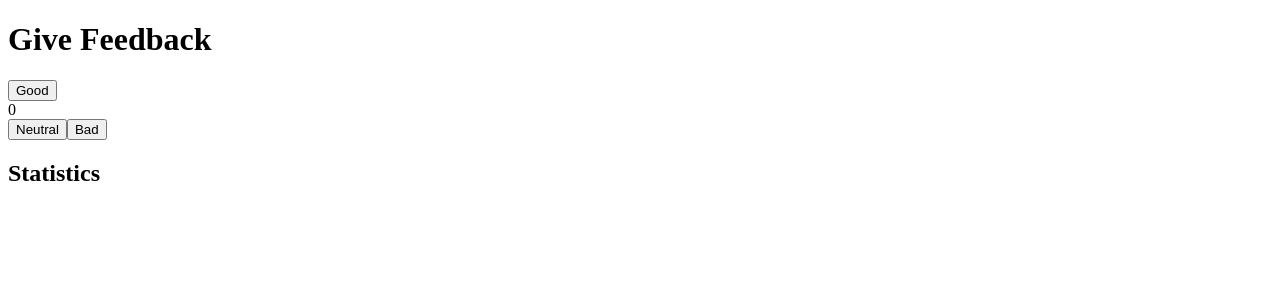
Repository: Wainhouse/Full_Stack_Open_2022
Page: / (app in part2/course_info/)
These files come from the project's save history. The page is drawn as it stood at one moment and after a run of saves; the edit follows.
The browser window is 1280 px wide. The pictures show the whole page.
The project was rebuilt for these pictures with package versions that can differ from the ones it lists, and the page was loaded fresh each time.

Above is the page before, as saved 2022-11-24 12:10:41.

### part2/course_info/src/App.js
import React from 'react'
import { useState } from 'react';

const Display = props => <div>{props.good}</div>

const Header = () => {
  return (
    <h1>Give Feedback</h1>
  );
};

const Button = (props) => (
  <button onClick={props.handleClick}>
    {props.text}
  </button>
)

const Statistics = ({ good, neutral, bad }) => {
  return (
    <table>
      <tbody>
        <StatisticText text="good" value={good} />
        <StatisticText text="neutral" value={neutral} />
        <StatisticText text="bad" value={bad} />
      </tbody>
    </table>
  )
}

const StatisticText = ({ text, number }) => {
  <tr>
    <td>{text}</td>
    <td>{number}</td>
  </tr>
}

export const App = () => {
  const [good, setGood] = useState(0)
  const [neutral, setNeutral] = useState(0)
  const [bad, setBad] = useState(0)


  const setToGood = newGood => {
    console.log('good now', newGood)
    setGood(newGood)
  }

  const setToNeutral = newNeutral => {
    console.log('Neutral now', newNeutral)
    setNeutral(newNeutral)
  }

  const setToBad = newBad => {
    console.log('Bad now', newBad)
    setBad(newBad)
  }
  return (
    <div>
      <div>
        <Header />
        <Button handleClick={() => setToGood(good + 1)} text="Good" /><Display good={good} />
        <Button handleClick={() => setToNeutral(neutral + 1)} text="Neutral" />
        <Button handleClick={() => setToBad(bad + 1)} text="Bad" />
        <h2>Statistics</h2>
        <Statistics good={good} neutral={neutral} bad={bad} />
      </div>
    </div>
  )

}


export default App

Loaded but not shown: part2/course_info/public/index.html (common file); part2/course_info/src/index.js (common file)

After the next 2 saves:
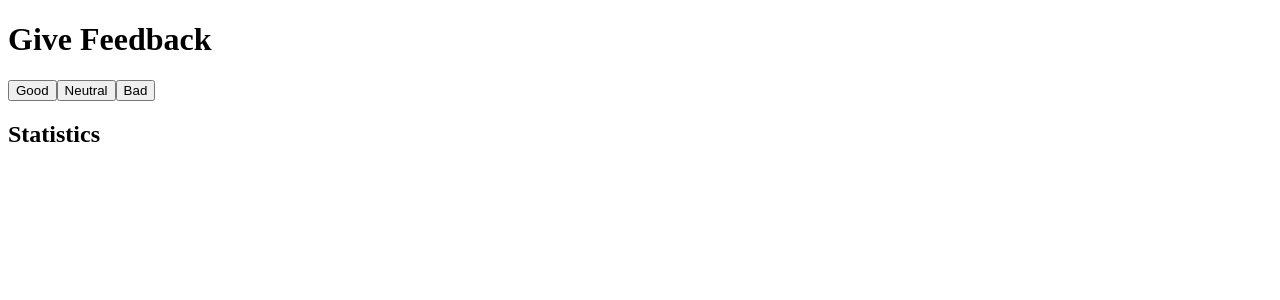
The 2 saves are shown as one change because 1 did not build or start.
The last was saved 64 s later.
--- a/part2/course_info/src/App.js
+++ b/part2/course_info/src/App.js
@@ -1,7 +1,5 @@
 import React from 'react'
 import { useState } from 'react';
-
-const Display = props => <div>{props.good}</div>
 
 const Header = () => {
   return (
@@ -13,7 +11,7 @@ const Button = (props) => (
   <button onClick={props.handleClick}>
     {props.text}
   </button>
-)
+);
 
 const Statistics = ({ good, neutral, bad }) => {
   return (
@@ -24,15 +22,15 @@ const Statistics = ({ good, neutral, bad }) => {
         <StatisticText text="bad" value={bad} />
       </tbody>
     </table>
-  )
-}
+  );
+};
 
 const StatisticText = ({ text, number }) => {
   <tr>
     <td>{text}</td>
     <td>{number}</td>
   </tr>
-}
+};
 
 export const App = () => {
   const [good, setGood] = useState(0)
@@ -43,12 +41,12 @@ export const App = () => {
   const setToGood = newGood => {
     console.log('good now', newGood)
     setGood(newGood)
-  }
+  };
 
   const setToNeutral = newNeutral => {
     console.log('Neutral now', newNeutral)
     setNeutral(newNeutral)
-  }
+  };
 
   const setToBad = newBad => {
     console.log('Bad now', newBad)
@@ -58,7 +56,7 @@ export const App = () => {
     <div>
       <div>
         <Header />
-        <Button handleClick={() => setToGood(good + 1)} text="Good" /><Display good={good} />
+        <Button handleClick={() => setToGood(good + 1)} text="Good" />
         <Button handleClick={() => setToNeutral(neutral + 1)} text="Neutral" />
         <Button handleClick={() => setToBad(bad + 1)} text="Bad" />
         <h2>Statistics</h2>
